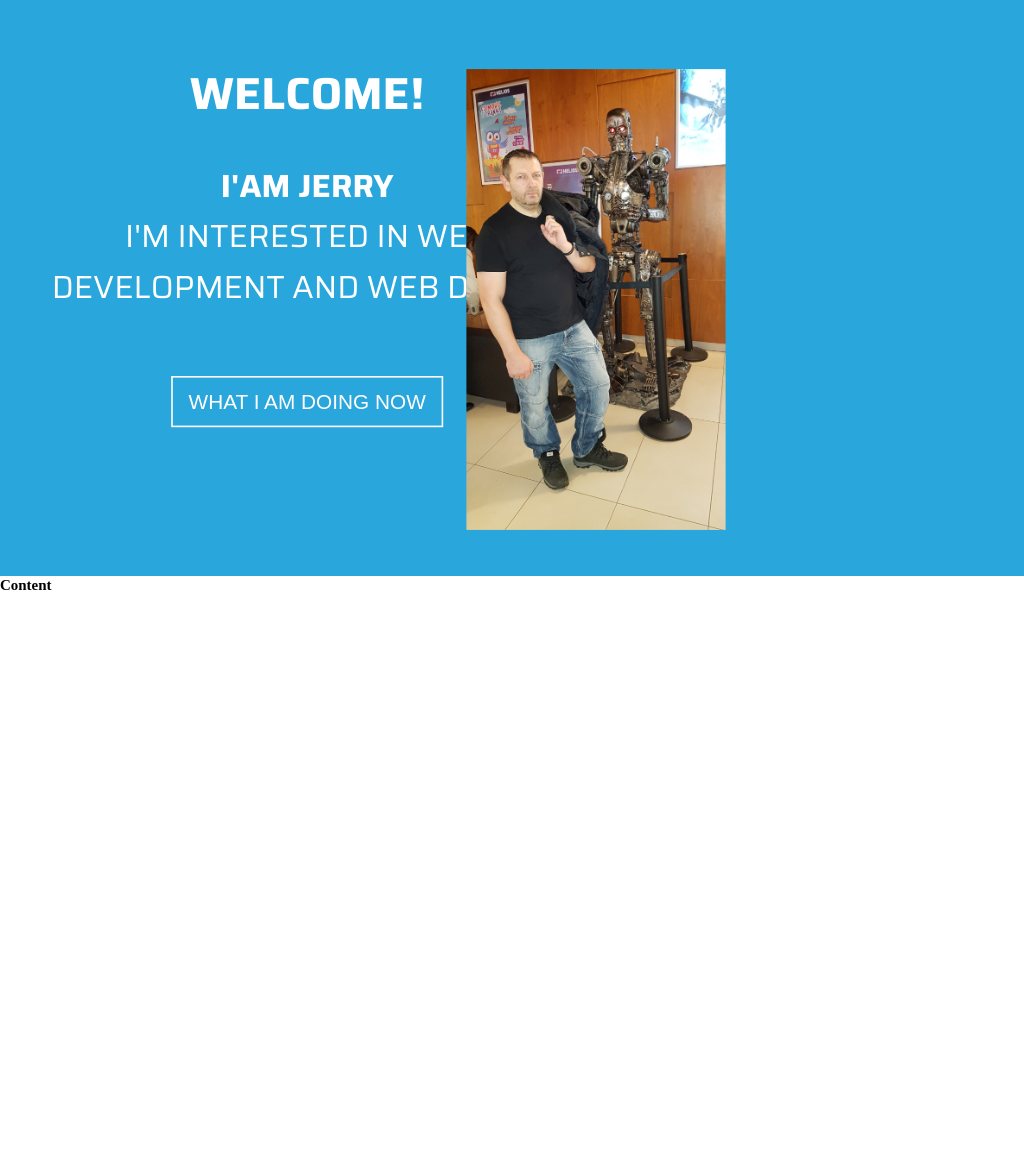
Repository: navanweb/dev
Page: jerry.html
These files come from the project's save history. The page is drawn as it stood at one moment and after the next save; the edit follows.
The browser window is 1280 px wide. The pictures show the whole page, at 80% of full size.

Above is the page before, as saved 2019-04-06 22:08:51.

After the next save:
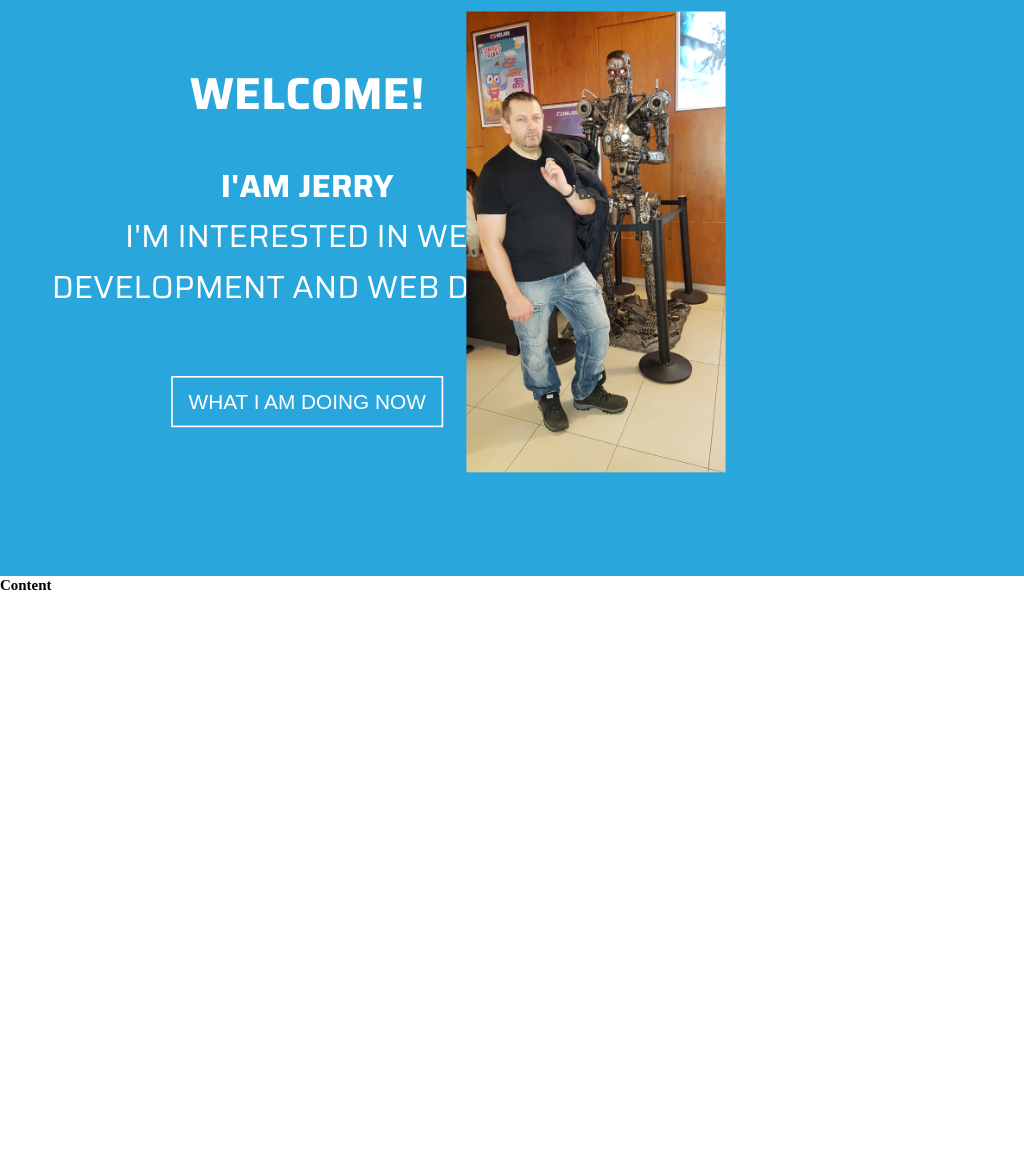
Saved 64 s later.
--- a/css/jerry.css
+++ b/css/jerry.css
@@ -22,7 +22,7 @@
 header img {
     position: absolute;
     height: 50%;
-    bottom: 0;
+    bottom: 10%;
     transform: translateX(50%);
 }
 

After the save that followed:
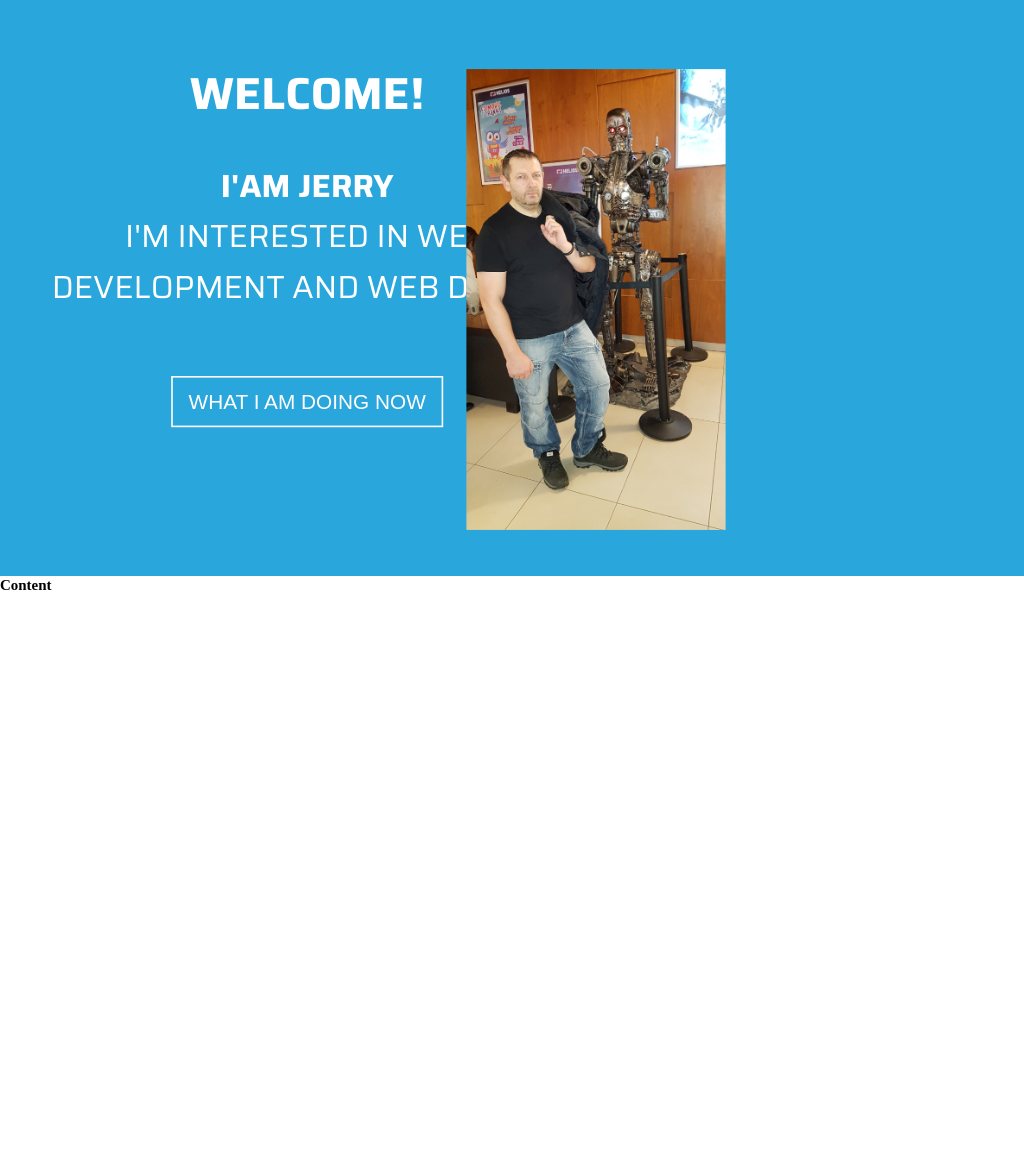
Saved 21 s later.
--- a/css/jerry.css
+++ b/css/jerry.css
@@ -22,7 +22,7 @@
 header img {
     position: absolute;
     height: 50%;
-    bottom: 10%;
+    bottom: 0;
     transform: translateX(50%);
 }
 
